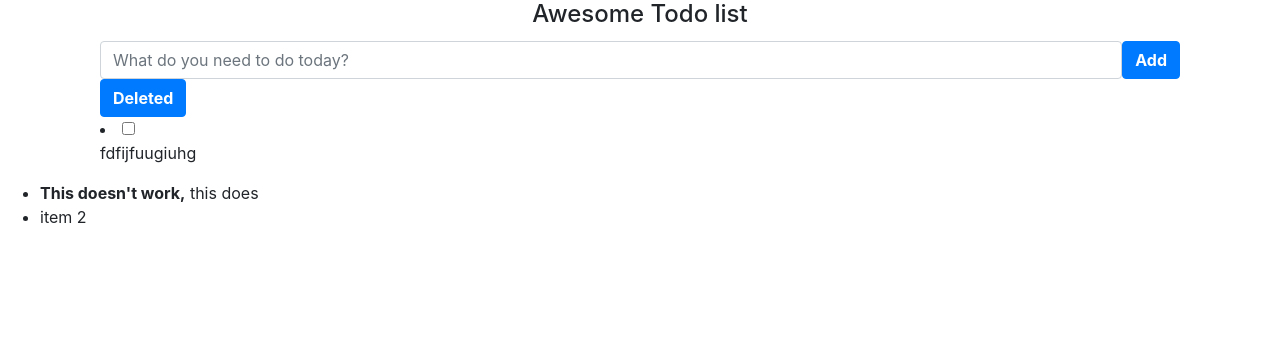
Repository: alohamylight/todolist
Page: index.html
These files come from the project's save history. The page is drawn as it stood at one moment and after the next save; the edit follows.
The browser window is 1280 px wide. The pictures show the whole page.
Some web libraries are served in a nearby version.

Above is the page before, as saved 2021-05-28 11:51:38.

After the next save:
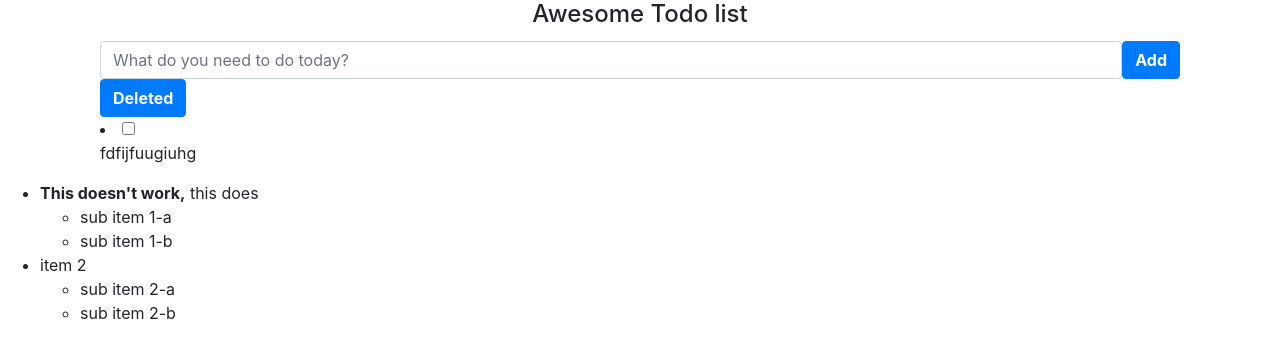
Saved 60 s later.
--- a/example.js
+++ b/example.js
@@ -50,10 +50,7 @@
 /*() {if TodoList[i] == checked {}
 if (DeskTaskInput=checked) {$('#test').prop('disabled', true);}*/
 
-function handler(event) {
-  var $target = $(event.target);
-  if( $target.is("li") ) {
-    $target.children("ul").toggle();
-  }
-}
-$("ul").click(handler).find("ul").hide();
+$('li').on('click', function(e){
+  e.stopPropagation();
+  $(this).find('ul').toggle();
+});

After the save that followed:
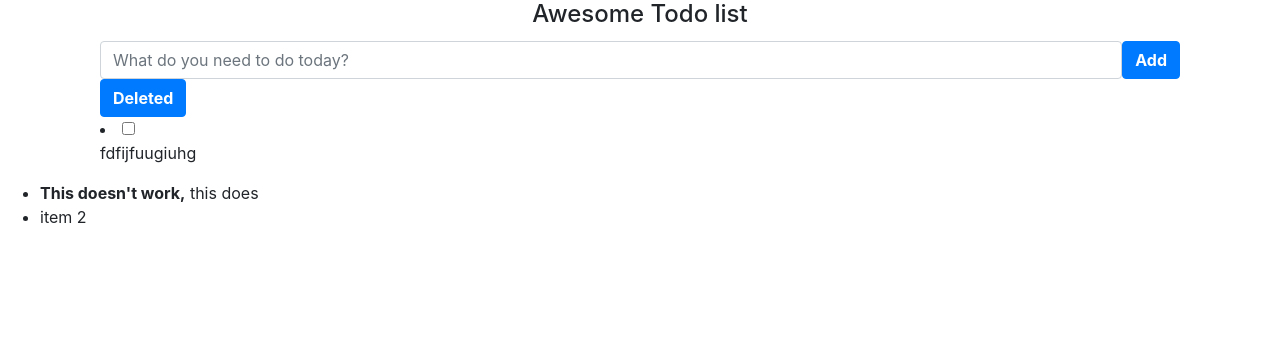
Saved 28 s later.
--- a/example.js
+++ b/example.js
@@ -49,6 +49,10 @@
 }*/
 /*() {if TodoList[i] == checked {}
 if (DeskTaskInput=checked) {$('#test').prop('disabled', true);}*/
+function handler(event) {
+  $(event.target).closest('li').children("ul").toggle();
+}
+$("ul").click(handler).find("ul").hide();
 
 $('li').on('click', function(e){
   e.stopPropagation();
